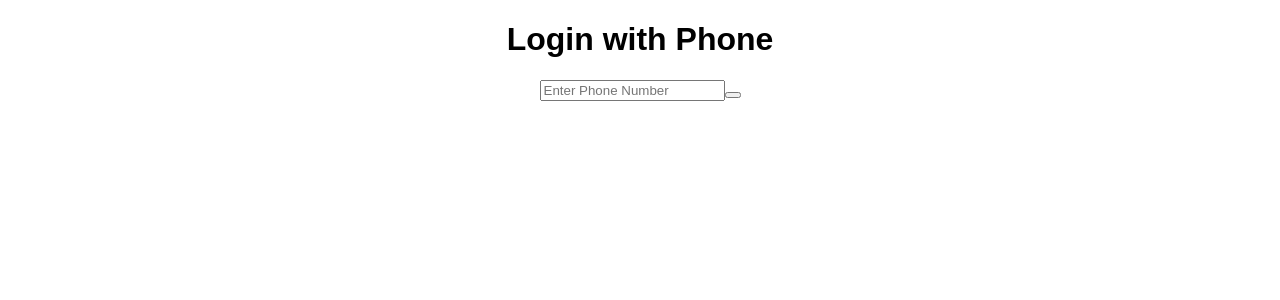
Repository: s-babaeizadeh/OTP-Login
Page: /
These files come from the project's save history. The page is drawn as it stood at one moment and after the next save; the edit follows.
The browser window is 1280 px wide. The pictures show the whole page.
The project was rebuilt for these pictures with package versions that can differ from the ones it lists, and the page was loaded fresh each time. Also part of the build but not shown: vite.config.js, src/index.css.

Above is the page before, as saved 2024-08-03 12:11:48.

### src/App.jsx
import "./App.css";
import PhoneOtpLogin from "./components/PhoneOtpLogin";

function App() {
  return (
    <>
      <div className="App">
        <h1>Login with Phone</h1>
        <PhoneOtpLogin />
      </div>
    </>
  );
}

export default App;

### src/components/PhoneOtpLogin.jsx
import React, { useState } from "react";

const PhoneOtpLogin = () => {
  const [phoneNumber, setPhoneNumber] = useState("");

  const handlePhoneNumber = (e) => {
    setPhoneNumber(e.target.value);
  };
  return (
    <div>
      <form onSubmit={() => {}}>
        <input
          type="text"
          placeholder="Enter Phone Number"
          onChange={handlePhoneNumber}
        />
        <button type="submit"></button>
      </form>
    </div>
  );
};

export default PhoneOtpLogin;

Loaded but not shown: index.html (common file); src/main.jsx (common file); src/App.css (common file)

After the next save:
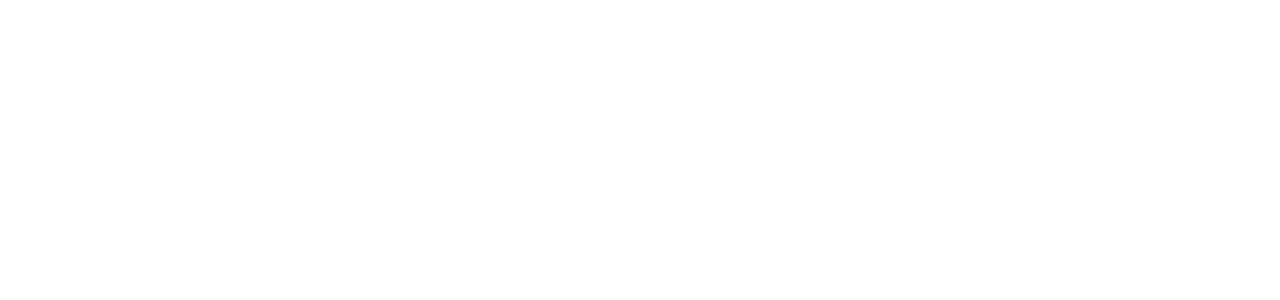
Console error: ReferenceError: handlePhoneSubmit is not defined
Saved 70 s later.
--- a/src/components/PhoneOtpLogin.jsx
+++ b/src/components/PhoneOtpLogin.jsx
@@ -8,7 +8,7 @@
   };
   return (
     <div>
-      <form onSubmit={() => {}}>
+      <form onSubmit={handlePhoneSubmit}>
         <input
           type="text"
           placeholder="Enter Phone Number"

After the save that followed:
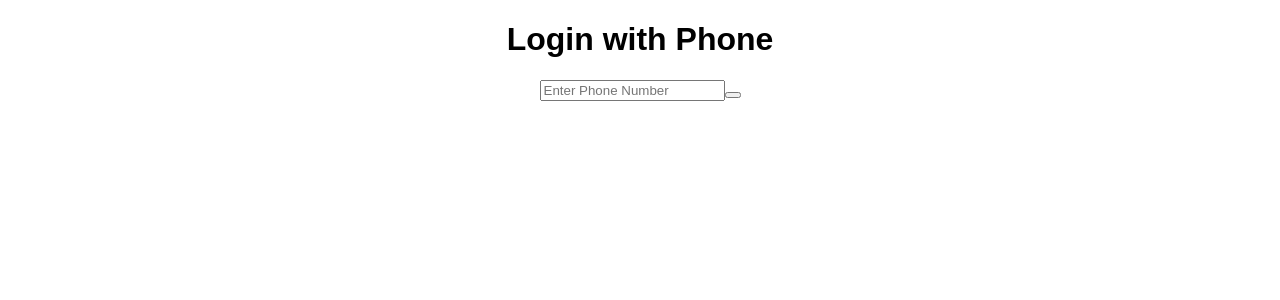
The error is gone.
Saved 33 s later.
--- a/src/components/PhoneOtpLogin.jsx
+++ b/src/components/PhoneOtpLogin.jsx
@@ -5,6 +5,10 @@
 
   const handlePhoneNumber = (e) => {
     setPhoneNumber(e.target.value);
+  };
+
+  const handlePhoneSubmit = (e) => {
+    e.preventDefault();
   };
   return (
     <div>
